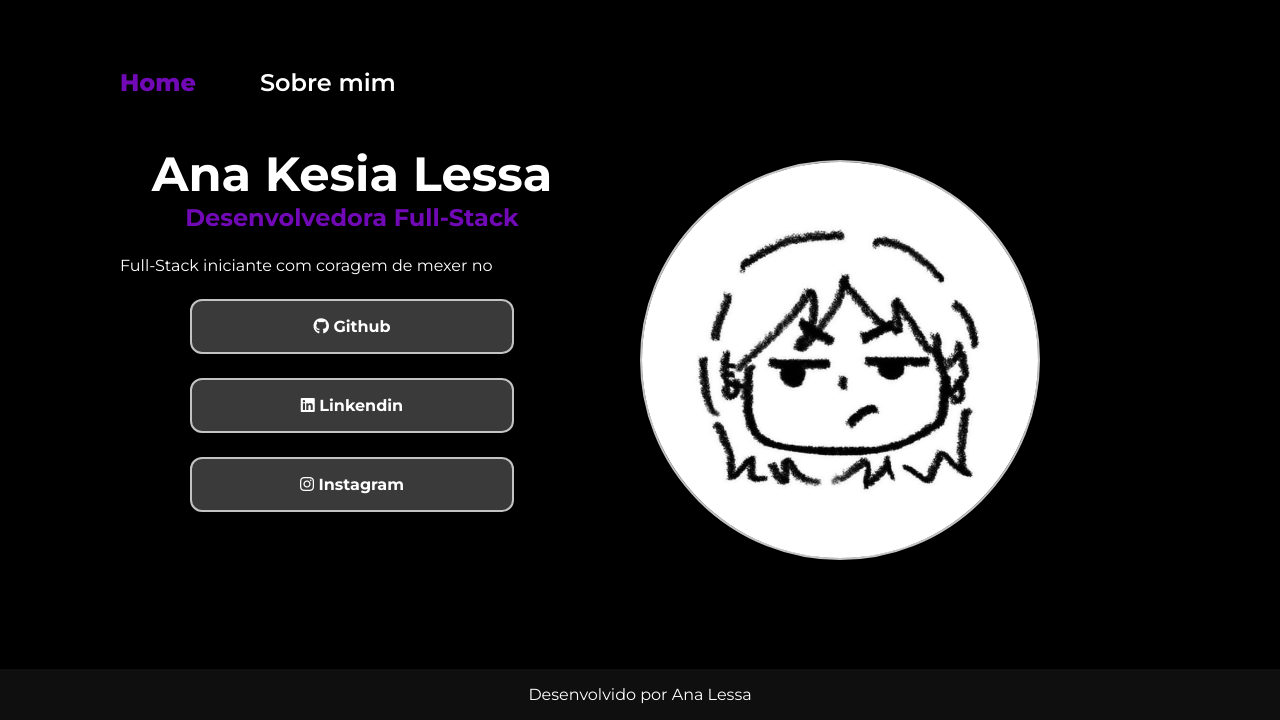
Repository: analessp/portfolio-developer
Page: index.html
The author's editor kept a copy of each file at every save. The page is drawn from the files as they stood at one save, then again after the next save.
The browser window is 1280 px wide. The pictures show the whole page.

Above is the page before, as saved 2025-04-25 09:30:44.

### index.html
<!DOCTYPE html>
<html lang="pt-BR">
<head>
    <meta charset="UTF-8">
    <meta name="viewport" content="width=device-width, initial-scale=1.0">
    <title>Portfólio de Ana Lessa</title>
    <link rel="stylesheet" href="https://cdnjs.cloudflare.com/ajax/libs/font-awesome/6.5.0/css/all.min.css" />
</head>
<body>
    <!DOCTYPE html>
    <html lang="pt-BR">
    <head>
        <meta charset="UTF-8">
        <meta name="viewport" content="width=device-width, initial-scale=1.0">
        <title>Sobre mim</title>
        <link rel="stylesheet" href="/style/style.css">
    </head>
    <body>
    <header>
        <nav>
            <uL class="navbar-list">
                <li>
                    <a href="/index.html" class="page active">Home</a>
                </li>
                <li>
                    <a href="/about-me.html" class="page">Sobre mim</a>
                </li>
            </uL>
        </nav>
    </header>
    <main>
        <div class="introduce">
            <span class="title">
            <h1>Ana Kesia Lessa</h1>
            <h2>Desenvolvedora Full-Stack</h2>
        </span>
            <p>Full-Stack iniciante com coragem de mexer no </p>
        <ul class="social-links">
            <li>
                <a *href*="https://github.com/analessp">
                    <i class="fa-brands fa-github"></i>
                    Github</a>
            </li>
            <li>
                <a *href*="https://www.linkedin.com/in/ana-lessa-2a312a253/">
                    <i class="fa-brands fa-linkedin"></i>
                    Linkendin</a>
                </li>
            <li>
                <a *href*="https://www.instagram.com/analessp/">
                    <i class="fa-brands fa-instagram"></i>
                Instagram</a>
            </li>
            </ul>
        </div>
        <img src="/assets/avatar.jfif" alt="Avatar de Ana Lessa" class="logo">
        </main>
    <footer>Desenvolvido por Ana Lessa</footer>
</body>
</html>
</body>
</html>

### style/style.css
@import url('https://fonts.googleapis.com/css2?family=Montserrat:ital,wght@0,100..900;1,100..900&display=swap');
@import url(/style/about-me.css);

* {
    margin: 0;
    padding: 0;
    box-sizing: border-box;
    font-family: "Montserrat", sans-serif;
}

html, body {
    height: 100%;
    margin: 0;
}

body {
    height: 100vh;
    width: 100%;
    background-color: black;
    color: white;
    display: flex;
    flex-direction: column;
    justify-content: space-between;
}

.navbar-list {
    padding-left: 120px;
    padding-top: 68px;
    display: flex;
    gap: 4rem;
    list-style-type: none;
    color: #7209b7;
    font-weight: 700;
    font-size: 1.5rem;
    margin-bottom: 3rem;
}

.page {
    text-decoration: none;
    color: white;
    font-weight: 600;
}

.active {
    font-weight: 800;
    color: #7209b7;
}

main {
    padding-left: 120px;
    display: flex;
    gap: 10rem;
    align-items: center;
}

.introduce {
    display: flex;
    flex-direction: column;
    gap: 1.5rem;
    width: 40%;
}

.introduce p {
    text-align: justify;
}

.title {
    text-align: center;
}

.title h1 {
    font-size: 3rem;
}

.title h2 {
    font-size: 1.5rem;
    color: #7209b7;
}

.social-links {
    list-style-type: none;
    display: flex;
    flex-direction: column;
    gap: 1.5rem;
    align-items: center;
}

.social-links li {
    border: 2px solid #c3c3c3;
    background-color: rgba(128, 128, 128, 0.454);
    padding: 1rem 0 1rem 0;
    width: 70%;
    text-align: center;
    border-radius: 12px;

&:hover {
    border: 2px solid rgba(97, 97, 97, 0.454);
    background-color: #7209b7;
    transition-duration: 400ms;
    transform: scale(1.1);
  }
}

.social-links a {
    text-decoration: none;
    color: white;
    font-weight: bold;
}

.logo {
    width: 25rem;
    border-radius: 50%;
    border: 2px solid #c3c3c3;
    height: fit-content;
    position: fixed;
    right: 15rem;
    top: 10rem;
}

footer {
    margin-top: auto;
    padding: 1rem 0 1rem 0;
    background-color: rgb(15, 15, 16);
    display: flex;
    flex-direction: column;
    align-items: center;
    gap: 1rem;
    flex-shrink: 0;
}

footer ul {
    display: flex;
    gap: 2rem;
    list-style: none;
    margin-bottom: 1rem;
}

footer a {
    text-decoration: none;
    color: white;
    font-weight: 600;
}

@media only screen and (max-width: 768px) {

    body {
        justify-content: center;
    }

    .navbar-list {
        justify-content: center;
        padding-left: 0;
        padding-top: 40px;
        margin-bottom: 0;
    }

    main {
        height: 100vh;
        margin-top: 0;
        flex-direction: column-reverse;
        padding-left: 0;
        gap: 1rem;
    }

    .introduce {
        justify-content: flex-end;
        width: 80%;
        margin-bottom: 8rem;
    }

    .logo {
        top: 6.5rem;
        width: 18rem;
    }

}

@media only screen and (max-width: 426px) {
    .logo {
        right: 16%;
    }

    .introduce {
        margin-bottom: 3rem;
    }

    .title h1 {
        font-size: 2.5rem;
        margin-bottom: 0.5rem;
    }
}

### style/about-me.css
.about-me {
    background-color: rgba(255, 255, 255, 0.1);
    display: flex;
    flex-direction: column;
    gap: 1.5rem;
    width: 40%;
    text-align: justify;
    padding: 1rem 1.4rem;
    border: 2px solid #7209b7;
}

.about-me h1 {
    font-size: 3rem;
}

.about-me p {
    font-weight: 300;
}

@media only screen and (max-width: 768px) {
    .about-me {
        width: 70%;
        height: 400px;
        overflow: auto;
        margin-bottom: 8rem;
    }

    .about-me h1 {
        text-align: center;
    }

    .about-me p {
        font-size: 1.2rem;
    }

}

@media only screen and (max-width: 426px) {
    .about-me h1 {
        font-size: 2.5rem;
    }
}

After the next save:
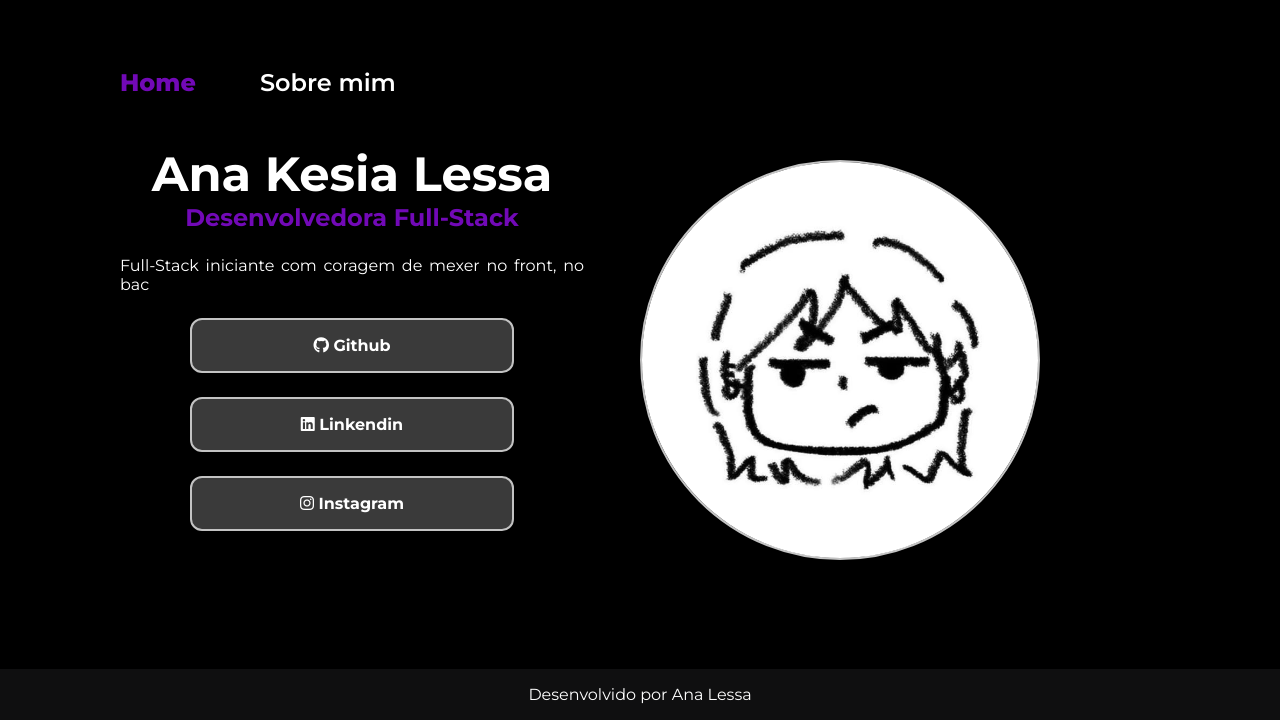
Saved 4 s later.
--- a/index.html
+++ b/index.html
@@ -34,7 +34,7 @@
             <h1>Ana Kesia Lessa</h1>
             <h2>Desenvolvedora Full-Stack</h2>
         </span>
-            <p>Full-Stack iniciante com coragem de mexer no </p>
+            <p>Full-Stack iniciante com coragem de mexer no front, no bac</p>
         <ul class="social-links">
             <li>
                 <a *href*="https://github.com/analessp">
